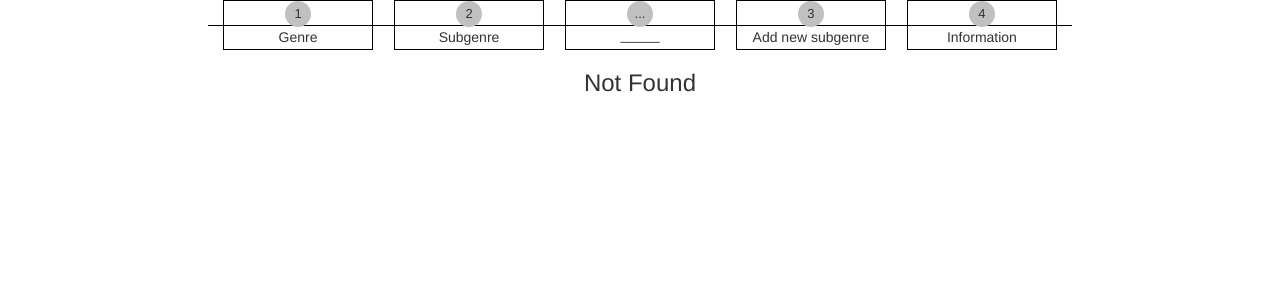
Repository: GregorPiev/angularjs-add-book
Page: index.html
The author's editor kept a copy of each file at every save. The page is drawn from the files as they stood at one save, then again after the next save.
The browser window is 1280 px wide. The pictures show the whole page.

Above is the page before, as saved 2020-09-23 21:45:47.

After the next save:
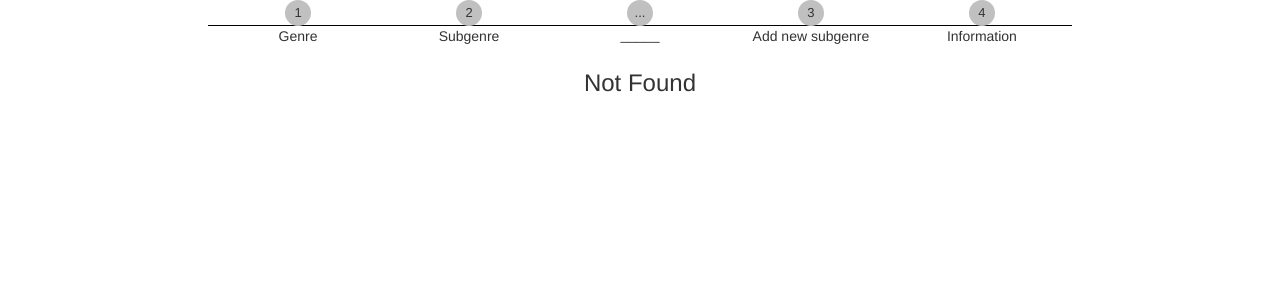
Saved 28 s later.
--- a/app/style/style.css
+++ b/app/style/style.css
@@ -56,7 +56,6 @@ label.check {
   width: 150px;
   height: 50px;
   text-align: center;
-  border: solid 1px black;
   z-index: 10;
 }
 .step-number {
